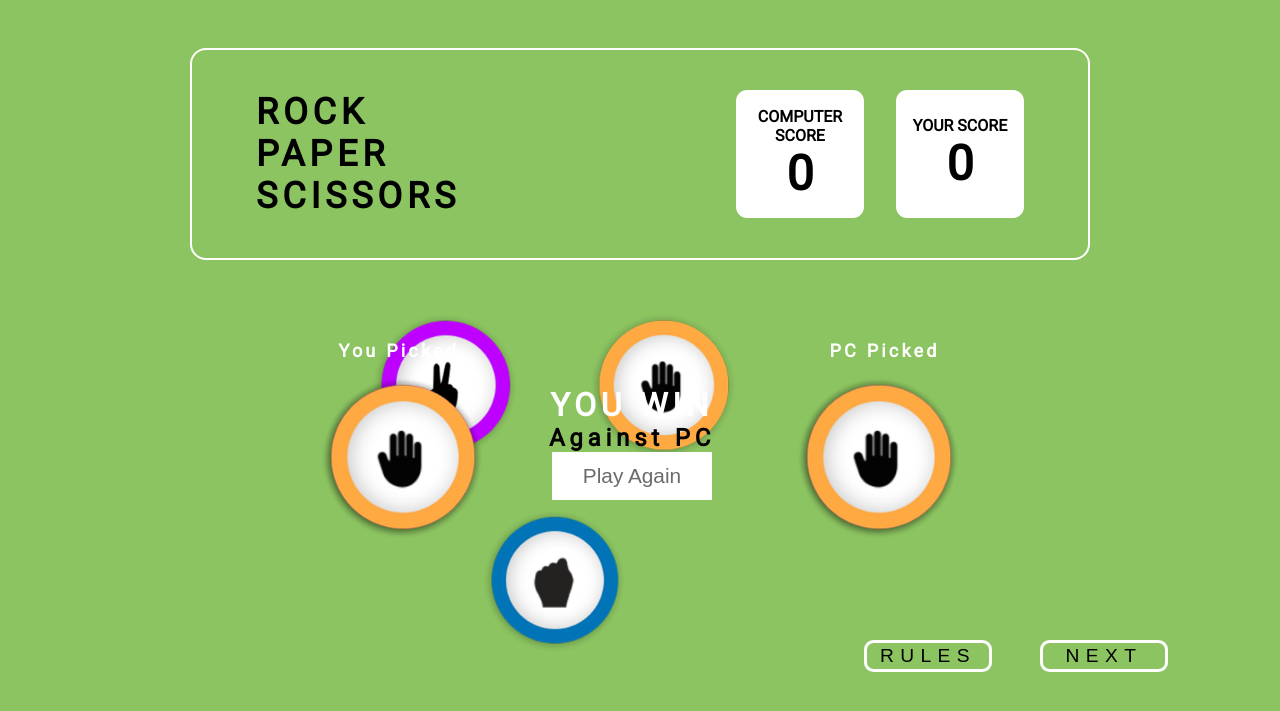
Repository: drumsmanku/Major-module-project-1
Page: index.html
An editor plug-in stored every save of this project. The page is shown before and after the next save, followed by the edit.
The browser window is 1280 px wide. The pictures show the whole page.

Above is the page before, as saved 2023-04-30 17:21:51.

After the next save:
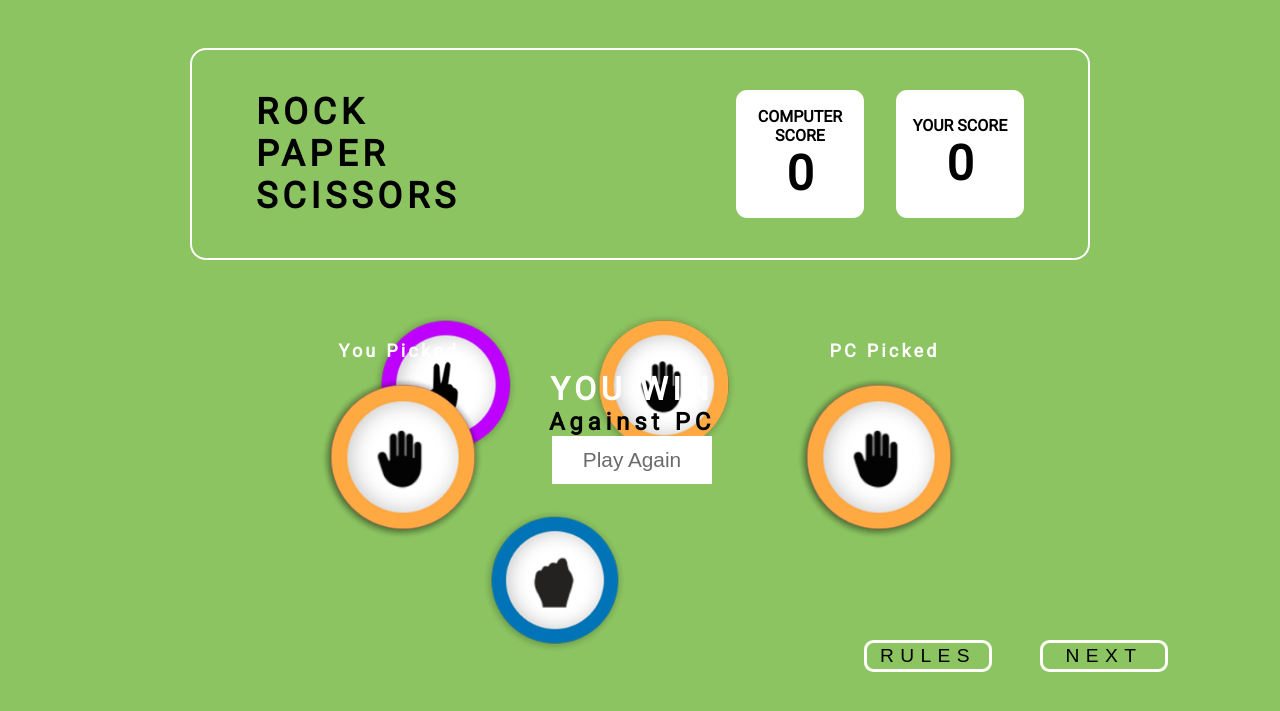
Saved 51 s later.
--- a/styles.css
+++ b/styles.css
@@ -298,6 +298,7 @@
   /* justify-content: center; */
   margin-left: 9rem;
   height: 20vh;
+  padding-bottom: 2rem;
 }
 .won{
   color: white;

After the save that followed:
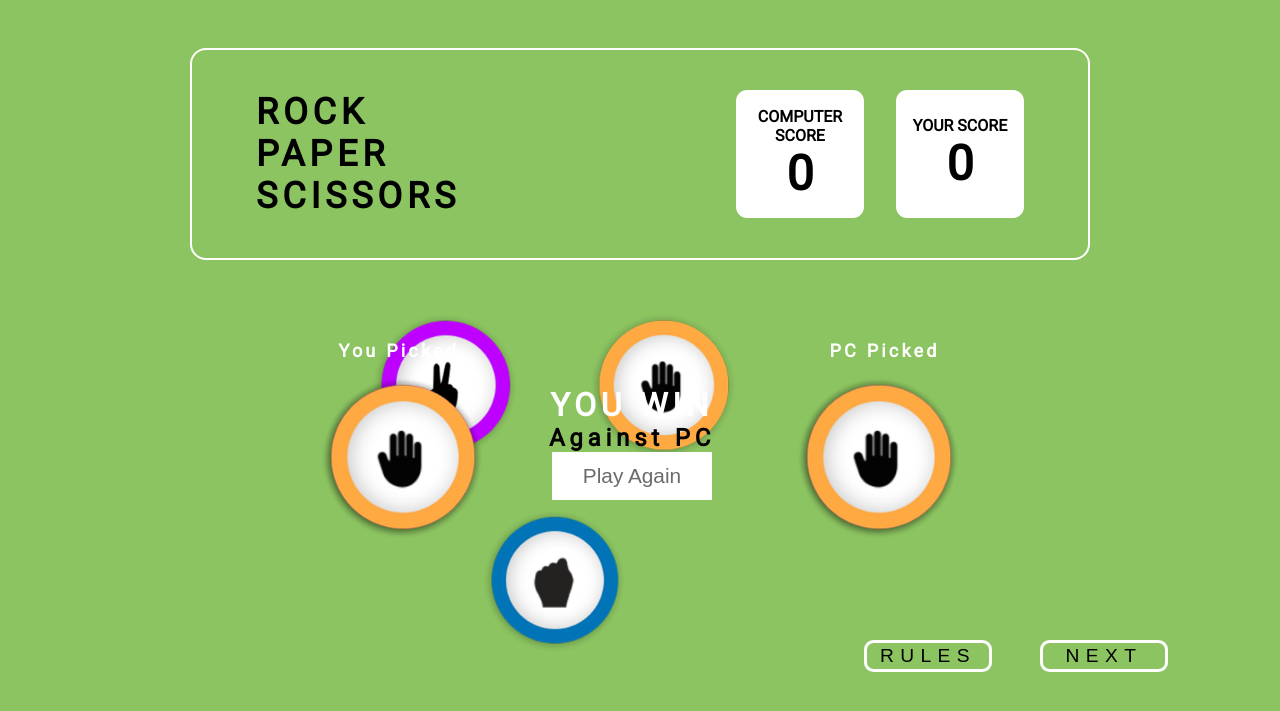
Saved 11 s later.
--- a/styles.css
+++ b/styles.css
@@ -298,7 +298,7 @@
   /* justify-content: center; */
   margin-left: 9rem;
   height: 20vh;
-  padding-bottom: 2rem;
+
 }
 .won{
   color: white;
